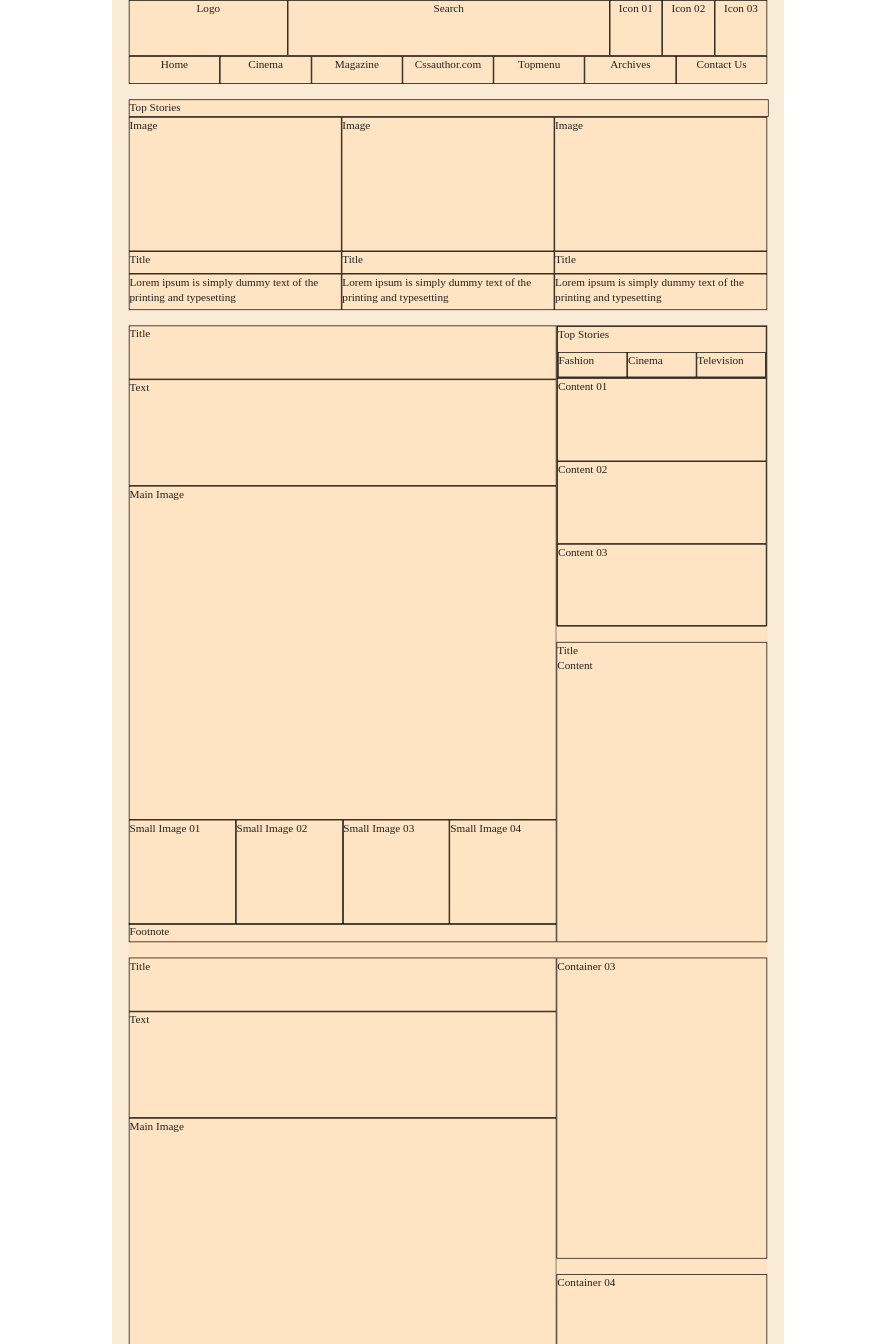
Repository: giovanabirck/cover-magazine-giovanabirck
Page: index.html
An editor plug-in stored every save of this project. The page is shown before and after the next save, followed by the edit.
The browser window is 1280 px wide. The pictures show the part of the page from y = 0 to 1920 px (the page is 5000 px tall), at 70% of full size.

Above is the page before, as saved 2023-01-14 12:13:50.

After the next save:
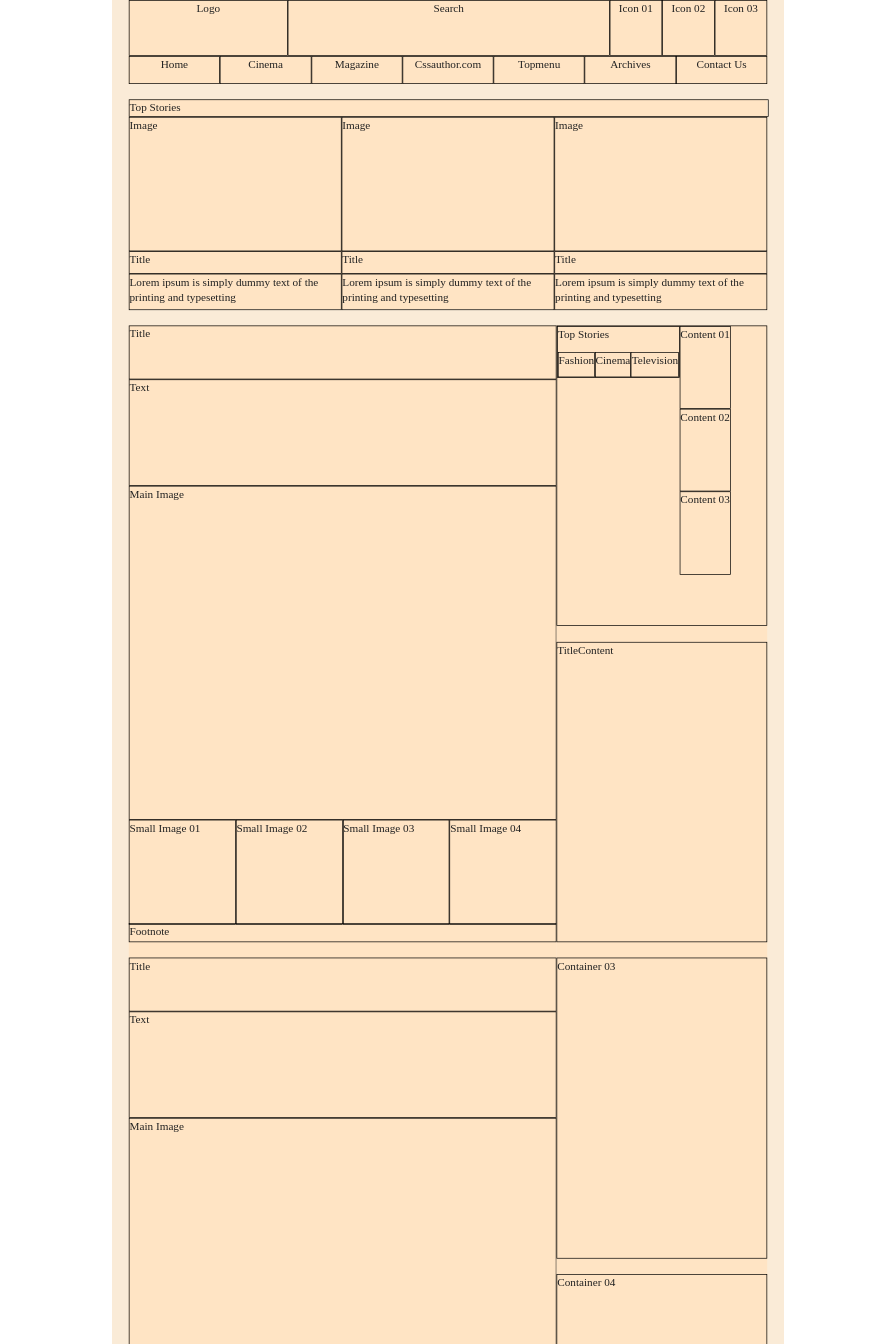
Saved 7 s later.
--- a/css/main.css
+++ b/css/main.css
@@ -424,7 +424,7 @@
 .main-side-container{
   border: solid 1px black;
   height: 100%;
-  flex
+  display: flex;
 }
 
 .main-side-container01-title{
